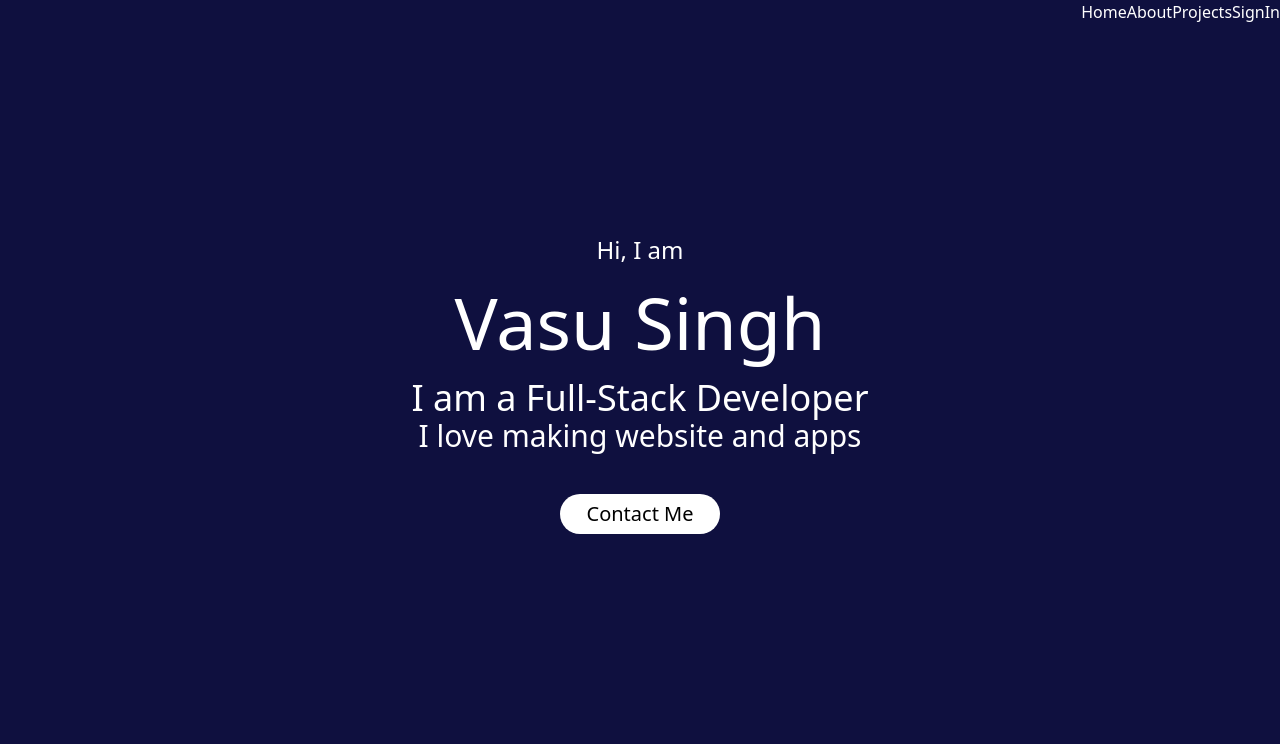
Repository: vasucp1207/vasuDev
Page: /
An editor plug-in stored every save of this project. The page is shown before and after a run of saves, followed by the edit.
The browser window is 1280 px wide. The pictures show the whole page.
The project was rebuilt for these pictures with package versions that can differ from the ones it lists, and the page was loaded fresh each time. The framework's server and built-in components were replaced by stand-ins that run in the browser. Also part of the build but not shown: next.config.js.

Above is the page before, as saved 2022-07-17 23:09:33.

After the next 5 saves:
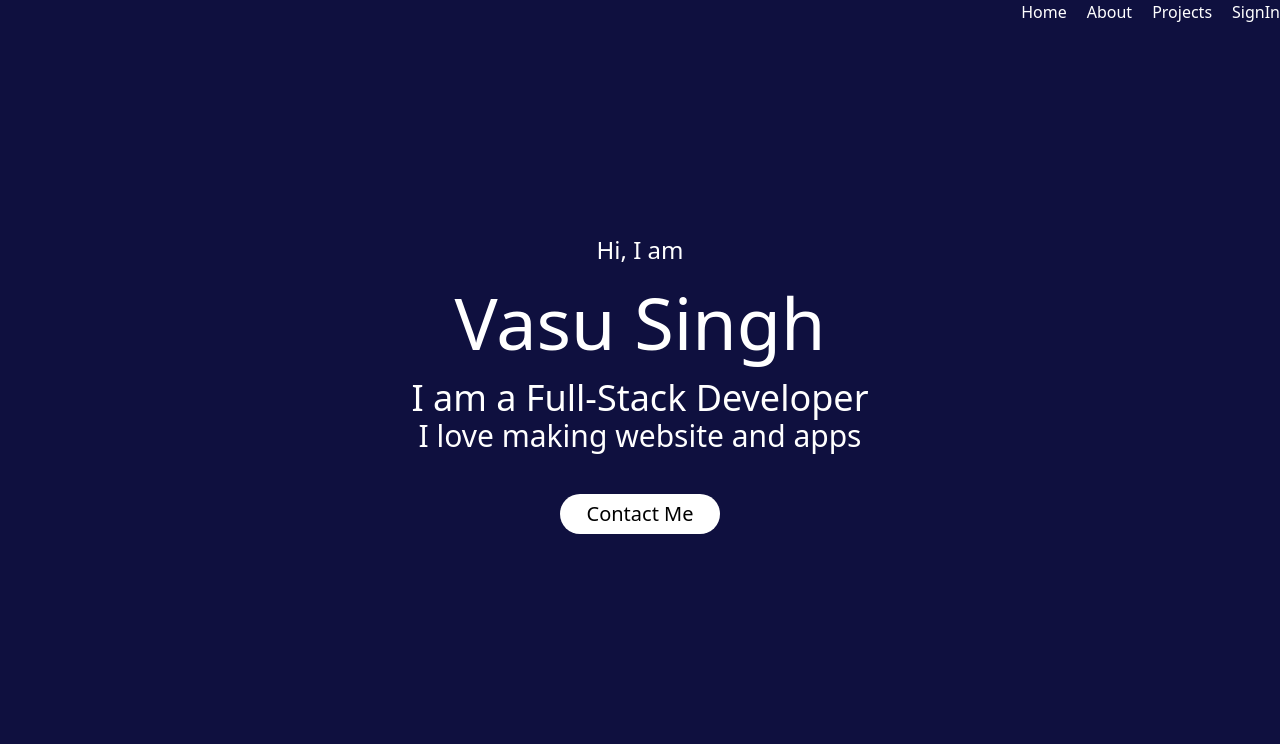
The 5 saves are shown as one change because they came seconds apart.
The last was saved 13 s later.
--- a/pages/Navbar.tsx
+++ b/pages/Navbar.tsx
@@ -3,7 +3,7 @@ import React from 'react'
 function Navbar() {
   return (
     <div className='bg-transparent flex justify-end'>
-        <div className='flex'>
+        <div className='flex space-x-5'>
             <p>Home</p>
             <p>About</p>
             <p>Projects</p>
